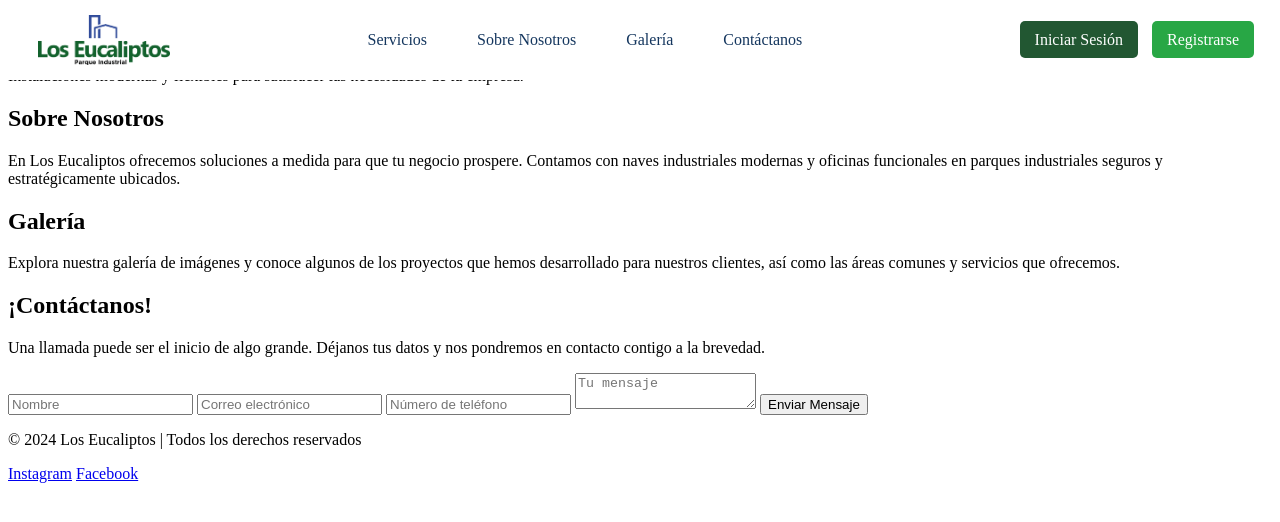
Repository: Los-Eucaliptos-WebApp/Los-Eucaliptos-FrontEnd
Page: pages/los-eucaliptos-home-page/index.html
An editor plug-in stored every save of this project. The page is shown before and after the next save, followed by the edit.
The browser window is 1280 px wide. The pictures show the whole page.

Above is the page before, as saved 2025-02-16 22:23:06.

After the next save:
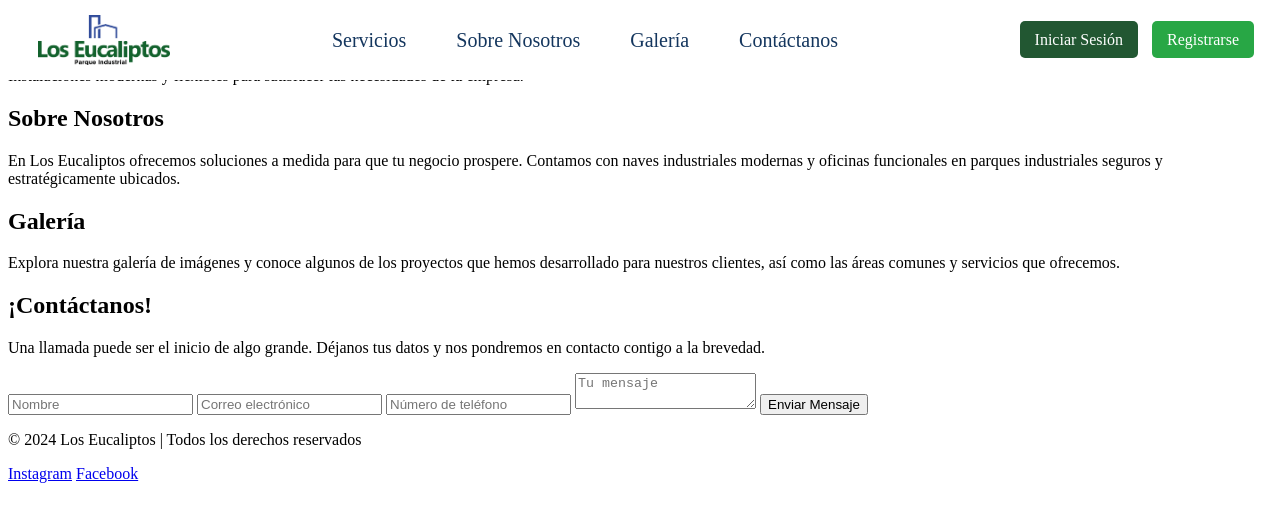
Saved 69 s later.
--- a/pages/los-eucaliptos-home-page/styles.css
+++ b/pages/los-eucaliptos-home-page/styles.css
@@ -45,13 +45,15 @@ nav ul li a {
     font-size: 16px;
     padding: 5px 10px;
     transition: color 0.3s ease, background-color 0.3s ease;
+    font-size: 20px;  /* Aumenta el tamaño de la fuente */
+
 }
 
 nav ul li a:hover {
     color: white;
     background-color: rgb(26, 113, 72);
     border-radius: 5px;
-      font-weight: bold;
+    font-weight: bold;
 }
 
 
